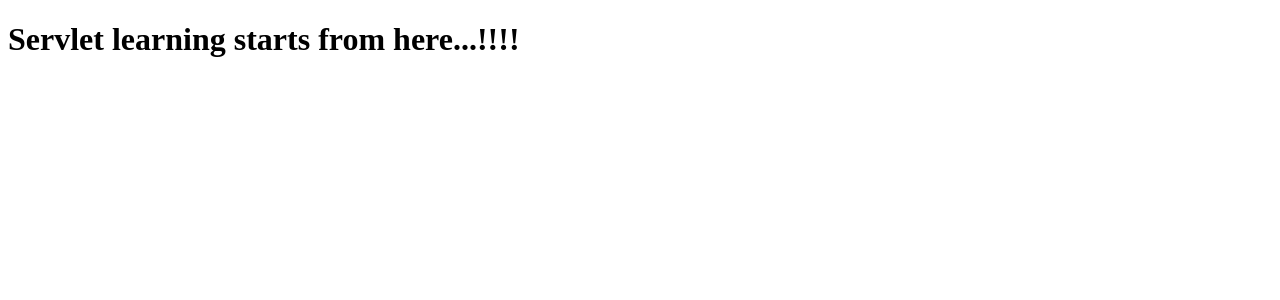
Repository: gkalivar/Java-projects
Page: http://localhost/TestServlet/HelloWorld.jsp
These files come from the project's save history. The page is drawn as it stood at one moment and after the next save; the edit follows.
The browser window is 1280 px wide. The pictures show the whole page.
The page is served by Tomcat 10. Other server files are loaded and not shown.

Above is the page before, as saved 2022-07-05 14:04:07.

### TestServlet/src/main/webapp/HelloWorld.jsp
<%@ page language="java" contentType="text/html; charset=ISO-8859-1"
    pageEncoding="ISO-8859-1"%>
<!DOCTYPE html>
<html>
<head>
<meta charset="ISO-8859-1">
<title>The New servlet</title>
</head>
<body>
<h1> Servlet learning starts from here...!!!!</h1>
</body>
</html>

After the next save:
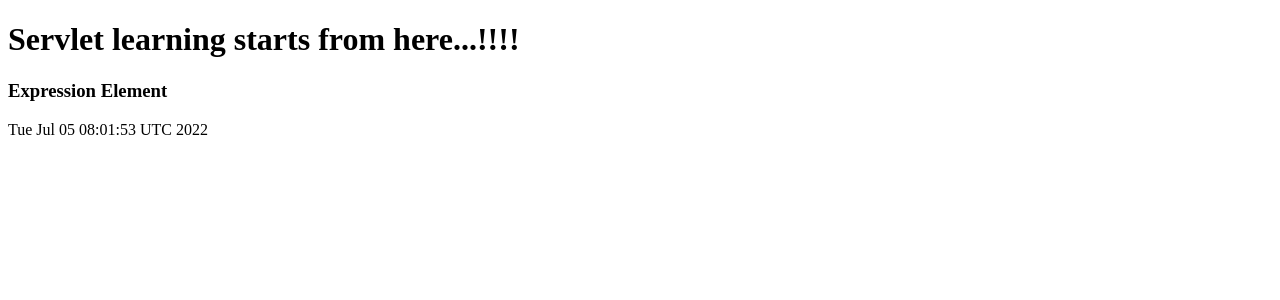
Saved 3 min 1 s later.
--- a/TestServlet/src/main/webapp/HelloWorld.jsp
+++ b/TestServlet/src/main/webapp/HelloWorld.jsp
@@ -8,5 +8,8 @@
 </head>
 <body>
 <h1> Servlet learning starts from here...!!!!</h1>
+
+<h3>Expression Element</h3>
+<%= new java.util.Date() %>
 </body>
 </html>
